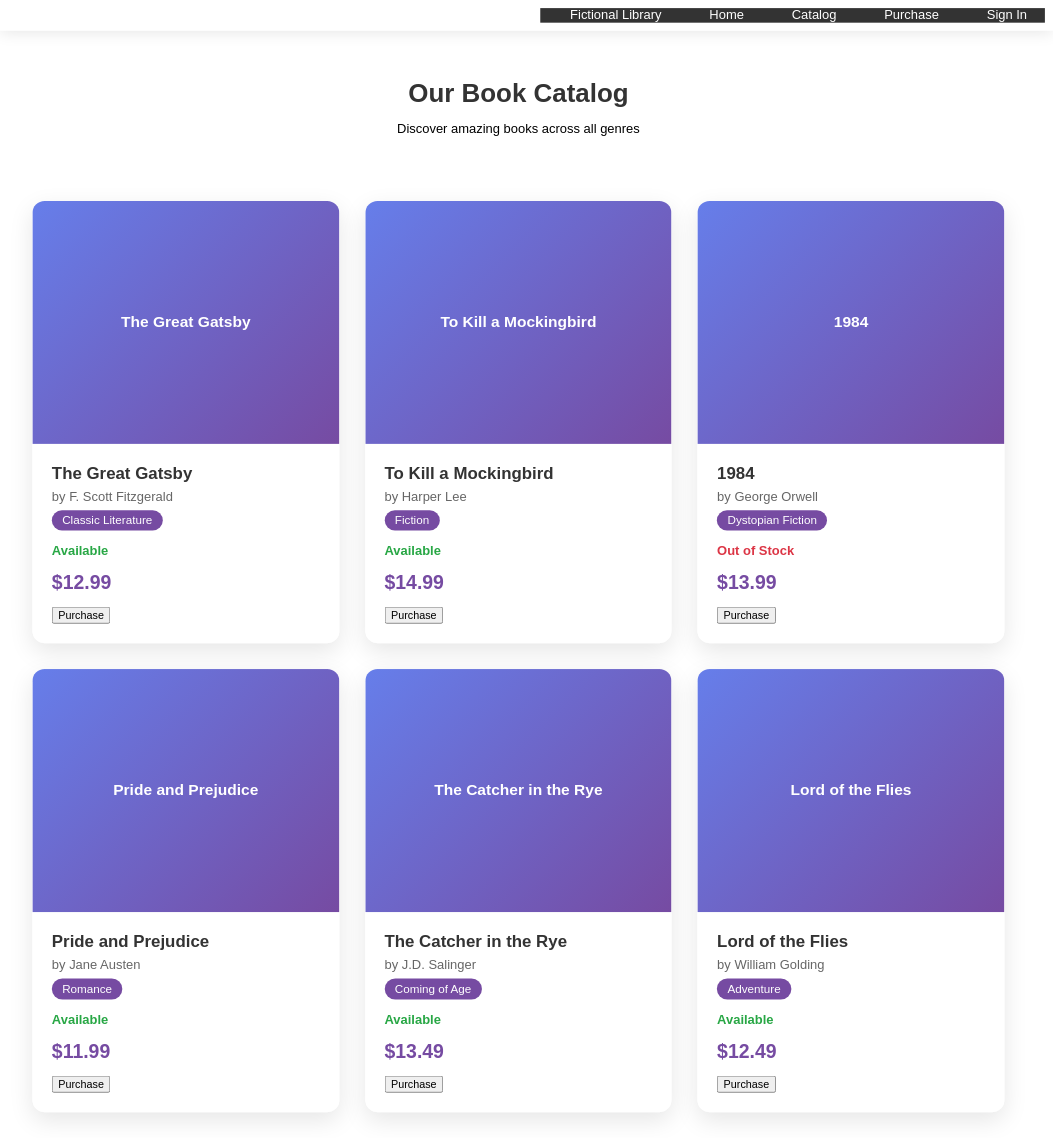
Repository: Ibrahim-Abohola/BookStore
Page: catalog.html
An editor plug-in stored every save of this project. The page is shown before and after the next save, followed by the edit.
The browser window is 1280 px wide. The page is 1300 px wide, so the pictures cover 1300 px, including what lies to the right of the window. The pictures show the whole page, at 81% of full size.

Above is the page before, as saved 2025-07-15 21:14:55.

After the next save:
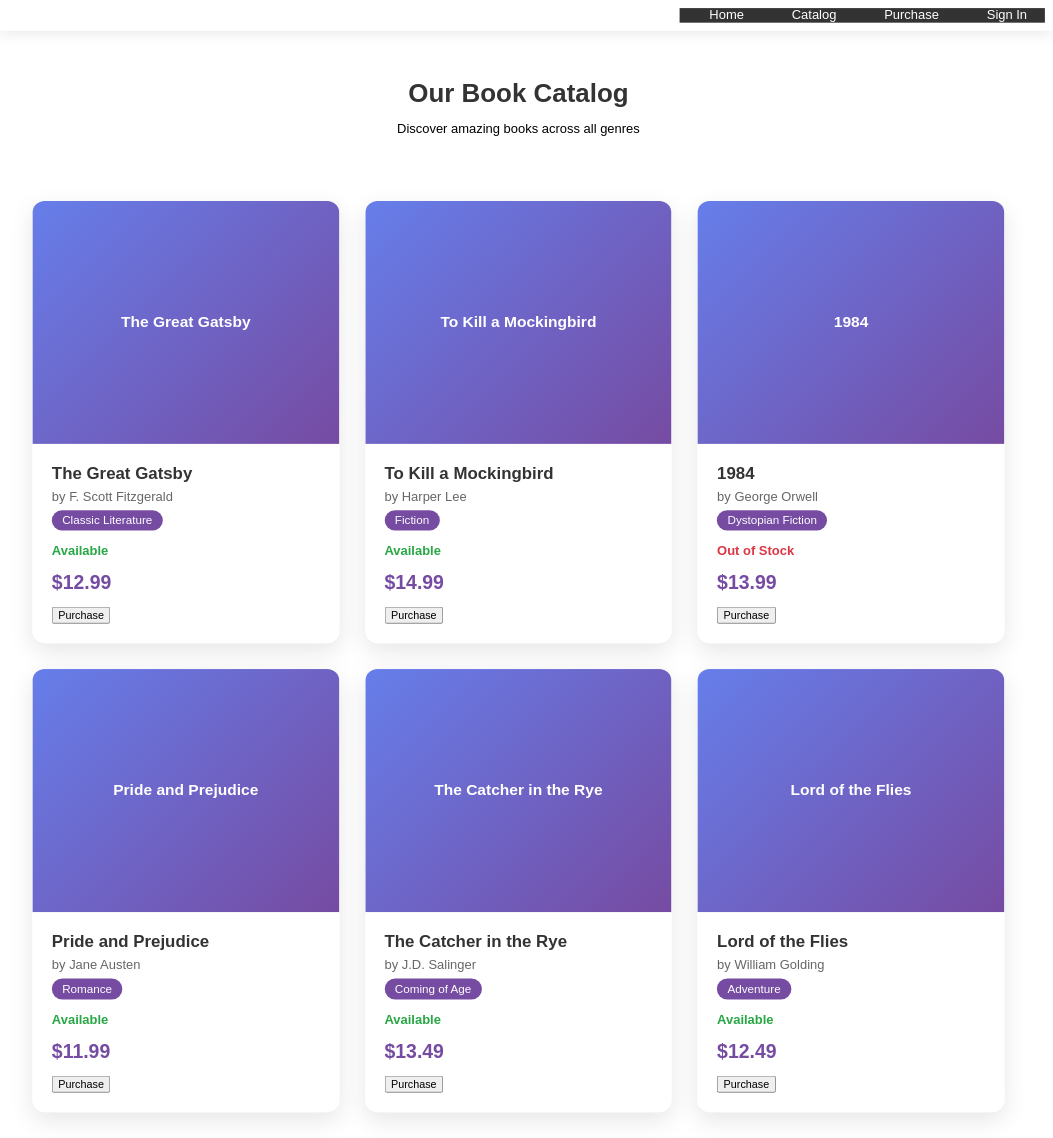
Saved 6 s later.
--- a/catalog.html
+++ b/catalog.html
@@ -9,7 +9,6 @@
     <body>
     <nav class="top-nav">
     <ul>
-      <li><a href="Homepage.html" >Fictional Library</a></li>
       <li><a href="Homepage.html">Home</a></li>
       <li><a href="catalog.html">Catalog</a></li>
       <li><a href="purchase.html">Purchase</a></li>
